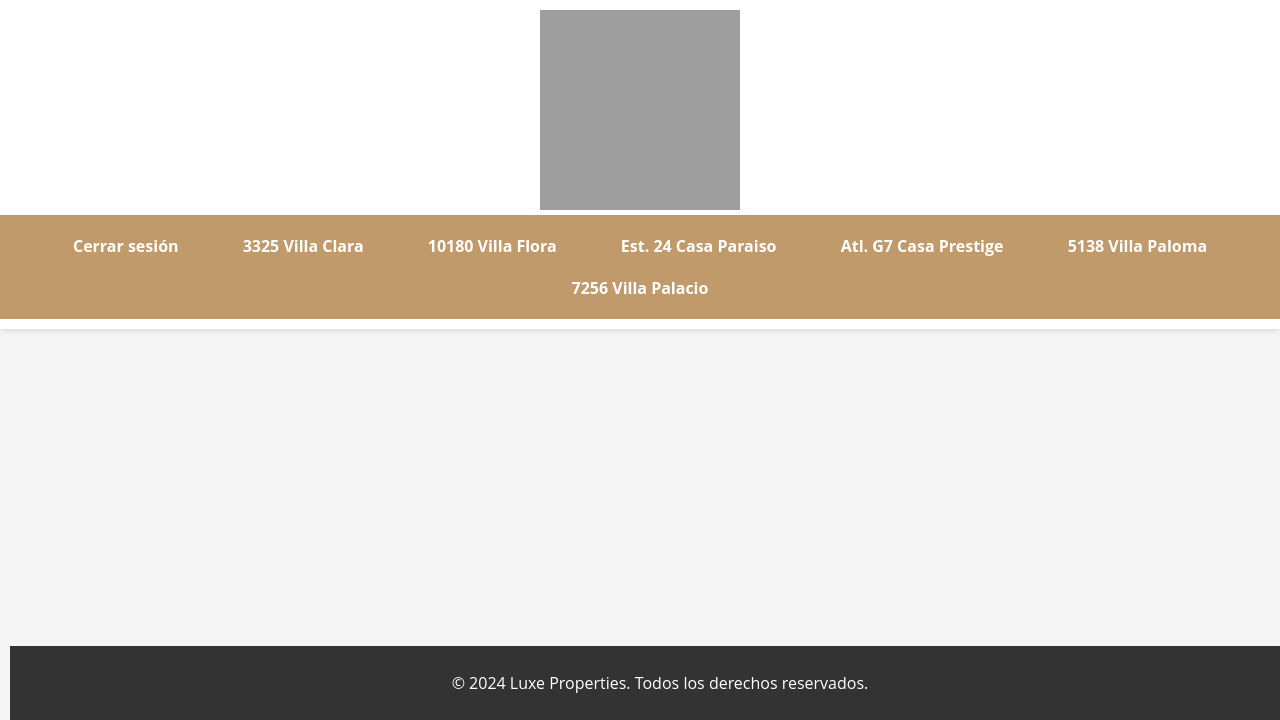
Repository: chvg1968/luxereports
Page: pages/inspecciones.html
These files come from the project's save history. The page is drawn as it stood at one moment and after the next save; the edit follows.
The browser window is 1280 px wide. The pictures show the whole page.
Pictures or frames that could not be fetched are drawn as grey boxes.

Above is the page before, as saved 2025-03-06 20:07:44.
Console error (its wording comes from the project's code and is left out).

### pages/inspecciones.html
<!DOCTYPE html>
<html lang="es">
<head>
    <meta charset="UTF-8">
    <meta name="viewport" content="width=device-width, initial-scale=1.0">
    <link rel="stylesheet" href="/css/style.css" />
    <title>Inspecciones - Luxe Properties</title>
</head>
<body>
    <script type="module">
        // Importar función de validación desde login.js
        import { validateUserAccess } from '../js/login.js';

        // Verificar autenticación y rol
        window.addEventListener('DOMContentLoaded', () => {
            const user = JSON.parse(localStorage.getItem('user'));

            if (!validateUserAccess(user, 'inspeccion')) {
                window.location.href = 'login.html';
            }
        });
    </script>

    <header class="header-insp">
        <div class="logo-container">
            <img src="/assets/logo.png" alt="Logo Luxe Properties" class="logo" width="200" height="200" />
        </div>

        <nav id="main-nav">
            <button class="menu-toggle" aria-label="Menú de navegación">
                <span class="menu-icon">&#9776;</span>
                Menú
            </button>

            <ul class="nav-menu">
                <li><a href="#" id="logout" class="nav-link">Cerrar sesión</a></li>

                <li class="nav-item">
                    <a href="Inspections/villaclara/VillaClara.html" class="nav-link">3325 Villa Clara</a>
                </li>
                <li class="nav-item">
                    <a href="Inspections/villaflora/VillaFlora.html" class="nav-link">10180 Villa Flora</a>
                </li>
                <li class="nav-item">
                    <a href="Inspections/casaparaiso/CasaParaiso.html" class="nav-link">Est. 24 Casa Paraiso</a>
                </li>
                <li class="nav-item">
                    <a href="Inspections/casaprestige/CasaPrestige.html" class="nav-link">Atl. G7 Casa Prestige</a>
                </li>
                <li class="nav-item">
                    <a href="Inspections/villapaloma/VillaPaloma.html" class="nav-link">5138 Villa Paloma</a>
                </li>
                <li class="nav-item">
                    <a href="Inspections/villapalacio/VillaPalacio.html" class="nav-link">7256 Villa Palacio</a>
                </li>
            </ul>
        </nav>
    </header>

    <main id="content-insp" class="inspections-container">
        <h1>Inspecciones</h1>
        <p>Seleccione la propiedad para realizar la inspección</p>
    </main>

    <footer class="footer">
        <p>&copy; 2024 Luxe Properties. Todos los derechos reservados.</p>
    </footer>

    <script type="module">
        // Manejo de cierre de sesión
        document.getElementById('logout').addEventListener('click', (event) => {
            event.preventDefault();

            try {
                localStorage.removeItem('user');
                sessionStorage.clear();
                window.location.href = '../pages/login.html';
            } catch (error) {
                console.error('Error al cerrar sesión:', error);
                alert('Hubo un problema al cerrar la sesión. Intente nuevamente.');
            }
        });
    </script>

    <script type="module" src="../router.js"></script>

</body>
</html>

### css/style.css
body {
  font-family: 'Open Sans', sans-serif;
  margin: 0;
  padding: 10px;
  background-color: #f5f5f5;
  color: #333;
}

ul{
  list-style-type: none;
}

li {
  list-style-type: none; /* Elimina el marcador */
}
/* Encabezado */
header {
  background-color: #ffffff; /* Cambiado a blanco */
  color: #333; /* Cambiado a gris oscuro */
  padding: 20px;
  text-align: center;
}

#currentDate {
  font-size: 18px;
  margin: 10px 0 0;
}

/* Navegación */

nav {
  background-color: #c19a6b; /* Color de fondo del menú principal */
  padding: 10px 0; /* Espaciado vertical */
  position: relative; /* Asegura que los submenús se posicionen relativos al menú */
  text-align: center; /* Centra el contenido del menú principal */
}


nav ul {
  list-style: none; /* Elimina los puntos de las listas */
  margin: 0; /* Centra la navegación */
  padding: 0;
  display: inline-block;
  text-align: center;
}

nav ul li {
  display: inline-block; /* Coloca los elementos principales en una línea */
  margin: 0 15px; /* Espaciado horizontal entre elementos */
  position: relative;
}

nav ul li a {
  color: #fff; /* Color del texto (blanco) */
  text-decoration: none; /* Elimina el subrayado */
  font-weight: bold; /* Hace el texto más prominente */
  padding: 10px 15px; /* Espaciado interno */
  display: inline-block;
}

nav ul li a:hover {
  background-color: #b8860b; /* Color de fondo al pasar el ratón */
  border-radius: 5px; /* Bordes redondeados opcionales */
}

nav ul li:hover > a {
  background-color: #555;
}


/* Contenido principal */
main {
  padding: 20px;
}

/* Pie de página */
footer {
  background-color: #333;
  color: #fff;
  text-align: center;
  padding: 10px;
  position: fixed;
  bottom: 0;
  width: 100%;
}

/* Estilos específicos */
.welcome {
  color: #333;
  padding: 30px;
  text-align: center;
}

.container {
  width: 100%;
  overflow-x: auto;
  overflow-y: auto;
  height: 600px;
}

.airtable-embed {
  width: 80%;
  max-width: 100vw;
  height: 533px;
  background: transparent;
  border: 1px solid #ccc;
}

.hidden {
  display: none;
}

.hidden-on-load {
  display: none;
}

iframe {
  width: 100vw; /* 100% del ancho del viewport */
  height: 100vh; /* 100% del alto del viewport */
  border: none; /* Quita el borde del iframe */
}

.banner {
  display: inline-block;
  justify-content: center;
  align-items: center;
  width: 100%; /* Ajusta el ancho al 100% del contenedor padre */
  height: 100px; /* Altura inicial */
  background-color: #f0f0f0; /* Color de fondo opcional */
}

.home{
  padding: 20px;
  height: 100px;
  background-color: #ffffff;
}


.header-insp {
  position: fixed;
  top: 0;
  left: 0;
  width: 100%;
  background-color: #ffffff;
  box-shadow: 0 2px 5px rgba(0, 0, 0, 0.1);
  z-index: 1000; /* Asegura que el menú esté por encima del contenido */
  padding: 10px 0;
}

.content {
  padding-top: 250px; /* Ajusta este valor para ajustar el espacio entre el banner y el contenido */
}

/* Media query para hacer el banner responsivo */
@media screen and (max-width: 768px) {
  .banner {
    height: 100px; /* Reducir la altura en pantallas más pequeñas */
    flex-direction: column; /* Cambiar la dirección del flexbox a columna */
  }
}

.banner img {
  width: auto;
  height: auto;
  max-width: 100%;
  max-height: 100%;
  object-fit: contain; /* Ajusta la imagen para que quepa dentro del contenedor */
}



#main-nav ul.show {
  display: block;
}

.home a {
  color: #fff;
  text-decoration: none;
  padding: 15px 20px;
  background-color: #c39346;
  transition: background-color 0.3s ease;
  margin: 0px;
  left:0px;
  top: 0px;
}

.home a:hover {
  background-color: #555;
}

/* Login */
.login-container {
  max-width: 400px;
  margin: 50px auto;
  padding: 20px;
  background-color: #fff;
  border-radius: 5px;
  box-shadow: 0 0 10px rgba(0, 0, 0, 0.1);
}

.input-login {
  width: 100%;
  padding: 10px;
  margin: 10px 0;
  border: 1px solid #ccc;
  border-radius: 4px;
}


/* Home */
button {
  width: 100%;
  padding: 12px 20px; /* Más espacio para hacerlo visualmente atractivo */
  background-color: transparent; /* Fondo transparente para minimalismo */
  color: rgb(183, 95, 29); /* Color primario del texto */
  font-size: 1rem; /* Tamaño de fuente ajustado */
  font-family: 'Arial', sans-serif; /* Fuente moderna y limpia */
  text-transform: uppercase; /* Texto en mayúsculas para impacto visual */
  letter-spacing: 1px; /* Espaciado entre letras para un estilo más refinado */
  border: none; /* Eliminamos los bordes */
  border-bottom: 2px solid rgba(183, 95, 29, 0.6); /* Línea sutil inferior */
  border-radius: 4px; /* Bordes suaves */
  cursor: pointer;
  transition: all 0.3s ease-in-out; /* Animación suave para cambios */
}

button:hover {
  color: rgb(255, 111, 50); /* Color más vivo al pasar el cursor */
  border-bottom: 2px solid rgb(255, 111, 50); /* Línea inferior más intensa */
  transform: translateY(-2px); /* Efecto de levitación */
}

button:focus {
  outline: none; /* Eliminamos el contorno por defecto */
  box-shadow: 0 0 8px rgba(255, 111, 50, 0.6); /* Resaltado al enfocar */
}


.buttons-container {
  display: flex;
  flex-direction: row;
  justify-content: space-evenly;
  gap: 10px;
}




.properties-container {
  display: grid;
  grid-template-columns: repeat(5, 1fr);
  gap: 20px;
  padding: 5px;
  width: 100;
  height: 100;

}

.properties-container.single-property {
  display: flex;
  justify-content: center;
  align-items: center;
  margin : 0 auto;
  width: 100%;/* Ajusta según tus necesidades */
}

.property-card {
  display: flex;
  flex-direction: column;
  justify-content: space-between;
  border-radius: 8px;
  overflow: hidden;
  box-shadow: 0 2px 8px rgba(0, 0, 0, 0.1);
  width: 100%; /* Asegura que se adapte al contenedor padre */
  max-width: 300px; /* Tamaño máximo opcional */
  background-color: #f8f8f8;
}

.property-card img {
  width: 100%; /* La imagen ocupará el 100% del ancho del contenedor */
  aspect-ratio: 16/9; /* Mantiene una relación de aspecto 16:9 */
  object-fit: cover; /* Asegura que la imagen cubra el espacio sin deformarse */
  object-position: center; /* Centra la imagen dentro del contenedor */
}

.property-card h3 {
  text-align: center;
  padding: 10px;
  background-color: #ae6a1b;
  color: white;
}

.property-card a {
  display: block;
  text-align: center;
  padding: 10px;
  background-color: #404c56;
  color: white;
  text-decoration: none;
}

.property-card a:hover {
  background-color: #0056b3;
}

.property-image {
  width: 10%;
  height: 200;
  object-fit: cover;
}

/* Property */
#property-details {
  padding: 20px;
}

.property-header {
  display: flex;
  flex-direction: column; /* Elementos en columna */
  align-items: center; /* Centrado horizontal */
  justify-content: center; /* Centrado vertical */
  text-align: center;
  margin-bottom: 10px;/* Centrar texto */
}

.property-header img {
  width: 100%; /* La imagen ocupará el 100% del ancho del contenedor */
  aspect-ratio: 16/9; /* Mantiene una relación de aspecto 16:9 */
  object-fit: cover; /* Asegura que la imagen cubra el espacio sin deformarse */
  object-position: center; /* Centra la imagen dentro del contenedor */
}

.iframe-wrapper {
  width: 100%;
  height: 500px; /* Altura fija o ajústala según necesites */
  max-width: 100vw;
  overflow-y: auto !important; /* Forzamos el scroll */
  margin-bottom: 20px;
  -webkit-overflow-scrolling: touch;
  position: relative;
  /* Añade un margen entre los iframes si es necesario */
}

.iframe-wrapper iframe {
  width: 100%;
  height: 100%;
  border: none;
  position: absolute; /* Posición absoluta dentro del wrapper */
  top: 0;
  left: 0;
  pointer-events: auto; /* Aseguramos que reciba eventos del mouse */
}

.logout-link {
  color: #fff;
  text-decoration: none;
  padding: 15px 20px;
  background-color: #89a4df;
  transition: background-color 0.3s ease;
  margin: 0px;
  left:0px;
  top: 0px;

}

/* Web Responsive */
/* Ajustar el login en pantallas pequeñas */
@media screen and (max-width: 768px) {
  .properties-container {
    display: flex;
    flex-direction: column;
    align-items: center;
    justify-content: center;
    gap: 20px;
    padding: 20px;
    width: 100%;
    height: 100%;
  }
.buttons-container {
    display: flex;
    flex-direction: column;
    align-items: center;
    justify-content: center;
    gap: 10px;

  }
}

.menu-toggle {
  margin: 0; /* Asegúrate de que no dependa del margen para posicionarse */
  top: 10px;
  right: 10px;
  background: rgb(104, 104, 133);
  color: white;
  border: none;
  font-size: 1rem;
  cursor: pointer;
  padding: 10px;
  position: fixed; /* Usa fixed para que siempre permanezca en el mismo lugar */
  z-index: 1000; /* Asegura que esté por encima del contenido */
  width: 80px;
}

.menu-toggle.initial {
  transform: translate(0, 0); /* Asegúrate de que no se desplace fuera de pantalla */
}

@media screen and (max-width: 540px) {
  .buttons-container {
    display: none; /* Ocultar el menú */
  }

  .menu-toggle {
    display: block; /* Mostrar el botón de menú */
    position: fixed; /* Fijo para evitar desplazamientos */
    top: 185px; /* Asegura la posición */
    right: 10px;
  }

  .buttons-list {
    display: none; /* Ocultar la lista por defecto */
  }

  .buttons-list.active {
    display: block; /* Mostrar la lista cuando se active el toggle */
  }
}

   /* Mostrar el botón toggle */




/* Estilos para pantallas más grandes */
@media screen and (min-width: 540px) {
  .menu-toggle {
    display: none; /* Ocultar el botón toggle */
  }

.property-header img{
  width: 20%;
  height: 200;
  object-fit: cover;
}
}

### router.js
document.addEventListener('DOMContentLoaded', () => {
    console.log("Script cargado correctamente");
    const contentDiv = document.getElementById('content-insp');
    const nav = document.getElementById('main-nav');
    const menuToggle = nav.querySelector('.menu-toggle');
    const menuItems = nav.querySelector('ul');
    const menuLinks = nav.querySelectorAll('a');

    menuToggle.addEventListener('click', () => {
        menuItems.classList.toggle('show');
    });




    function logout() {
        // Limpiar la sesión u otras tareas de cierre de sesión
        // Redirigir al usuario a la página de inicio de sesión
        window.location.href = "/pages/login.html";
    }
});

### js/login.js
document.addEventListener('DOMContentLoaded', () => {
    const loginForm = document.getElementById('login-form');
    const loginError = document.getElementById('login-error');

    loginForm.addEventListener('submit', async (event) => {
        event.preventDefault();
        loginError.textContent = '';

        const username = document.getElementById('username').value.trim();
        const password = document.getElementById('password').value.trim();

        try {
            const response = await fetch('/.netlify/functions/login', {
                method: 'POST',
                headers: { 'Content-Type': 'application/json' },
                body: JSON.stringify({ username, password })
            });

            if (!response.ok) {
                throw new Error('Credenciales incorrectas');
            }

            const user = await response.json();
            localStorage.setItem('user', JSON.stringify(user));

            switch (user.role) {
                case 'admin':
                    window.location.href = 'home.html';
                    break;
                case 'inspeccion':
                    window.location.href = 'inspecciones.html';
                    break;
                default:
                    window.location.href = 'home.html';
            }
        } catch (error) {
            loginError.textContent = 'Usuario o contraseña incorrectos.';
        }
    });
});

After the next save:
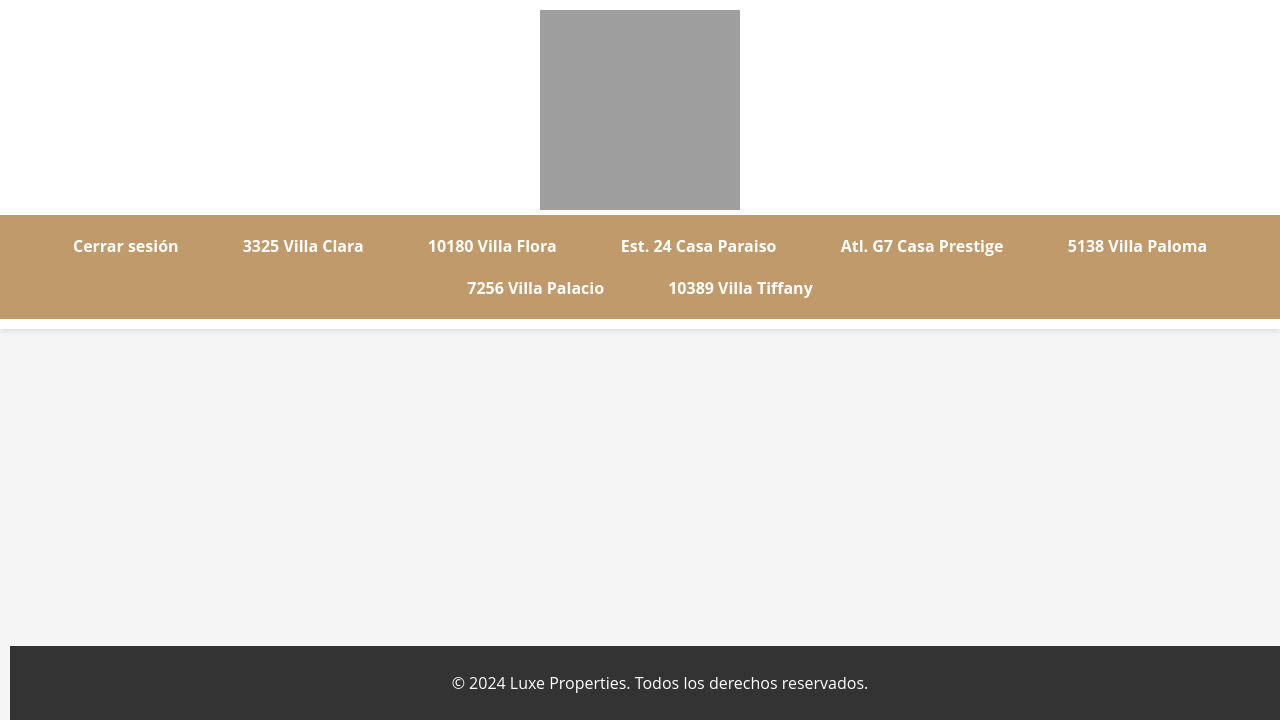
Saved 56 s later.
--- a/pages/inspecciones.html
+++ b/pages/inspecciones.html
@@ -53,6 +53,10 @@
                 <li class="nav-item">
                     <a href="Inspections/villapalacio/VillaPalacio.html" class="nav-link">7256 Villa Palacio</a>
                 </li>
+                <li class="nav-item">
+                    <a href="Inspections/villatiffany/VillaTiffany.html" class="nav-link">10389 Villa Tiffany</a>
+                </li>
+
             </ul>
         </nav>
     </header>
